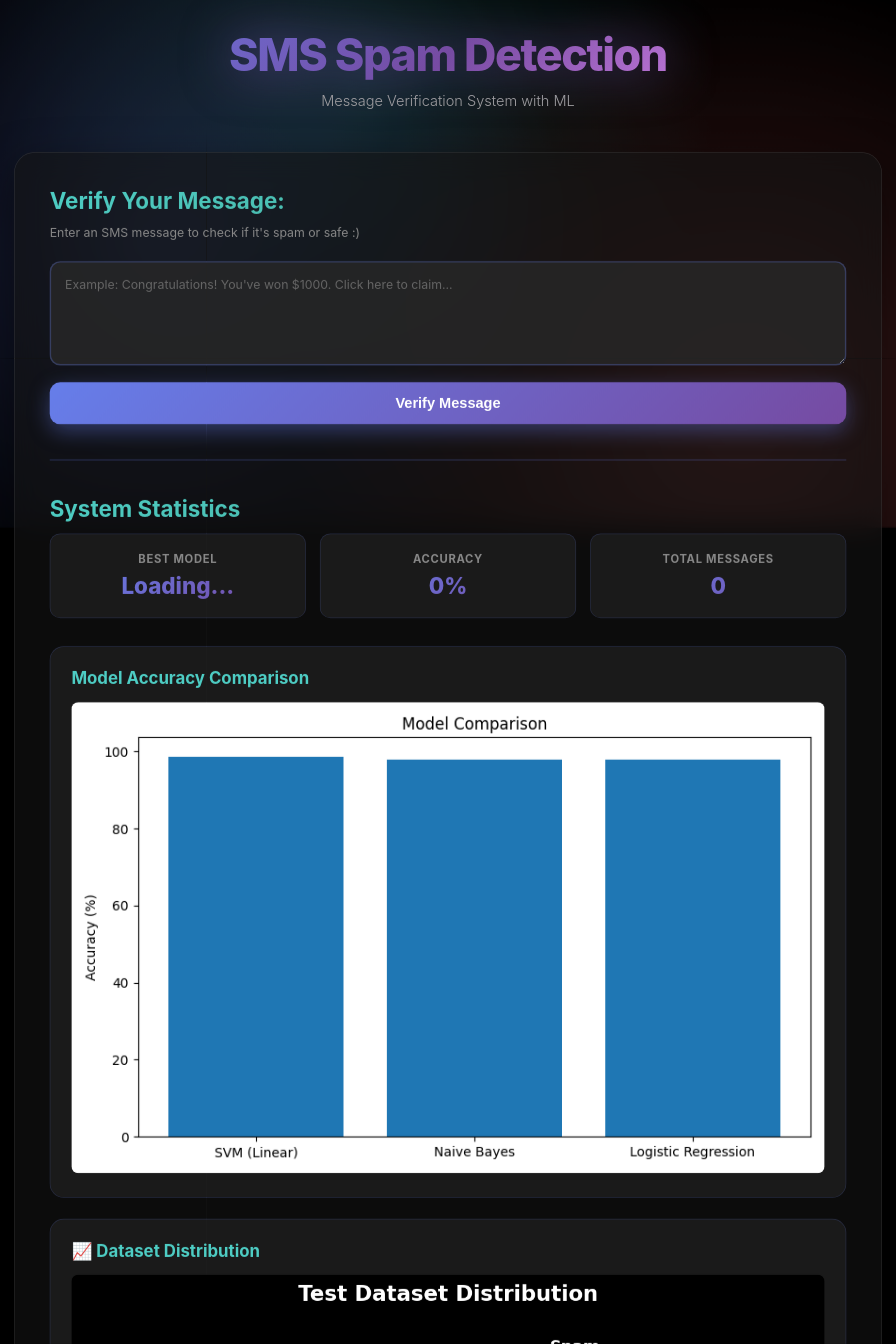
Repository: Dharshinimk-521/sms-spam-detection
Page: http://localhost/
The author's editor kept a copy of each file at every save. The page is drawn from the files as they stood at one save, then again after the next save.
The browser window is 1280 px wide. The pictures show the part of the page from y = 0 to 1920 px (the page is 3072 px tall), at 70% of full size.
The page is served by the project's application, run on Flask 3 (backend/app.py).

Above is the page before, as saved 2026-02-10 21:00:14.
Console error: SyntaxError: Identifier 'examples' has already been declared

After the next save:
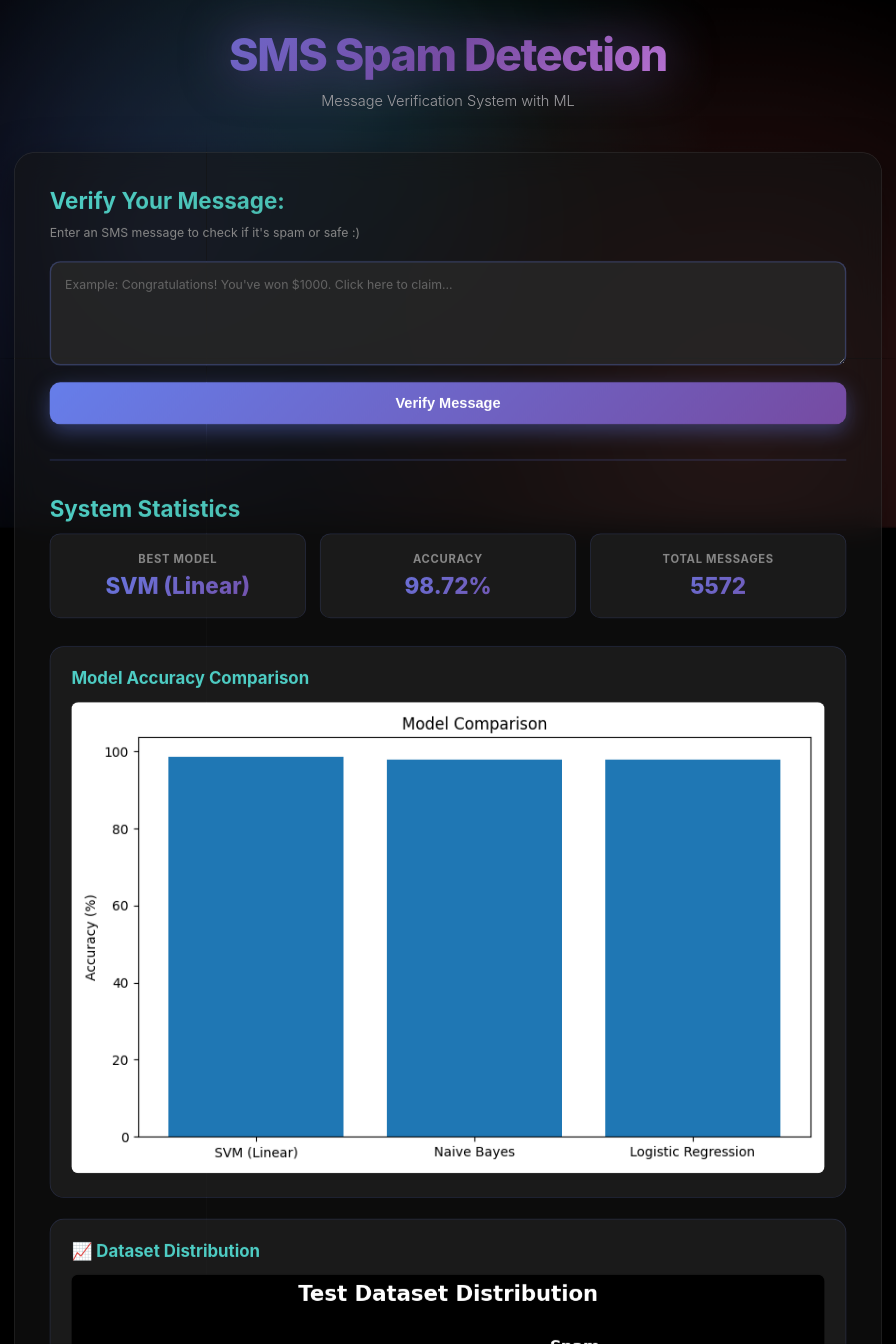
Saved 30 min 4 s later.
--- a/backend/app.py
+++ b/backend/app.py
@@ -136,16 +136,17 @@ def predict():
 @app.route("/stats")
 def stats():
     return jsonify({
+        "success": True,
         "best_model": best_model_name,
         "best_accuracy": round(best_accuracy * 100, 2),
-        "models": {k: round(v * 100, 2) for k, v in model_accuracies.items()},
-        "dataset": {
-            "total": len(data),
+        "dataset_info": {
+            "total_messages": len(data),
             "spam": int((data.label == "spam").sum()),
             "ham": int((data.label == "ham").sum())
         }
     })
 
+
 # -------------------- RUN --------------------
 if __name__ == "__main__":
     print("\n🚀 Server running at http://127.0.0.1:5000\n")
